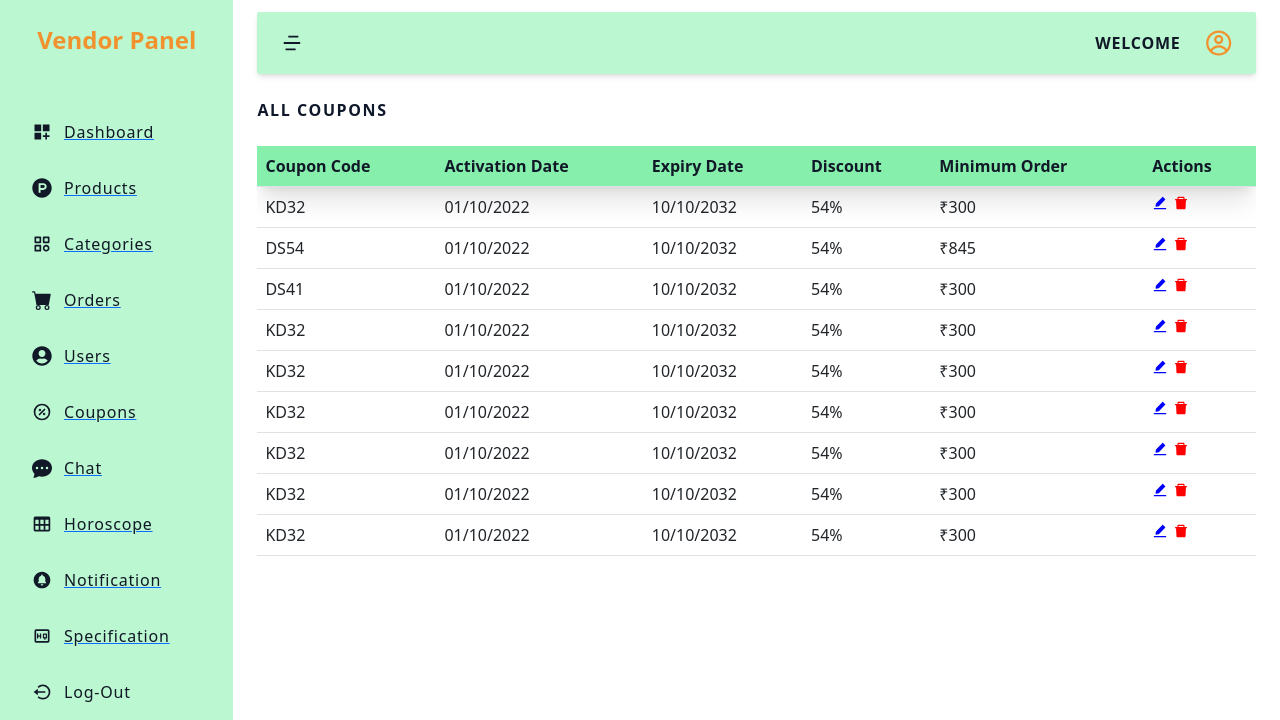
Repository: FlyweisReact/JitenderAdminPanel
Page: /discount
The author's editor kept a copy of each file at every save. The page is drawn from the files as they stood at one save, then again after the next save.
The browser window is 1280 px wide. The pictures show the whole page.
An inner scrolling area shows only its first screen. The project was rebuilt for these pictures with package versions that can differ from the ones it lists, and the page was loaded fresh each time. Also part of the build but not shown: src/components/forms/Login.jsx, src/components/pages/Dashboard.jsx, src/components/vendorPanel/components/layout/Navbar.jsx, src/components/vendorPanel/components/layout/Sidebar.jsx, src/components/vendorPanel/components/layout/HOC.jsx, src/components/vendorPanel/components/pages/Message/Message.js, src/components/pages/UserKundli/UserKundli.jsx, src/components/pages/reactChat/Chat.js and 18 more.

Above is the page before, as saved 2022-11-05 16:57:41.

### public/index.html
<!-- @format -->

<!DOCTYPE html>
<html lang="en">
  <head>
    <meta charset="utf-8" />
    <!-- <link rel="icon" href="%PUBLIC_URL%/favicon.png" /> -->
    <meta name="viewport" content="width=device-width, initial-scale=1" />
    <meta name="theme-color" content="#000000" />
    <meta
      name="description"
      content="Web site created using create-react-app"
    />
    <link rel="apple-touch-icon" href="%PUBLIC_URL%/favicon.ico?v=2" />

    <link rel="manifest" href="%PUBLIC_URL%/manifest.json" />

    <title>Astrologers Panel</title>
  </head>
  <body>
    <noscript>You need to enable JavaScript to run this app.</noscript>
    <div id="root"></div>
    <script src="https://code.jquery.com/jquery-3.6.0.min.js"></script>
  </body>
</html>

### src/index.js
import React from "react";
import ReactDOM from "react-dom/client";
import "./index.css";
import App from "./App";
import { BrowserRouter } from "react-router-dom";
import 'bootstrap/dist/css/bootstrap.min.css'

const root = ReactDOM.createRoot(document.getElementById("root"));
root.render(
  <React.StrictMode>
    <BrowserRouter>
      <App />
    </BrowserRouter>
  </React.StrictMode>
);

### src/index.css
/** @format */

@tailwind base;
@tailwind components;
@tailwind utilities;

body {
  margin: 0;
  font-family: -apple-system, BlinkMacSystemFont, "Segoe UI", "Roboto", "Oxygen",
    "Ubuntu", "Cantarell", "Fira Sans", "Droid Sans", "Helvetica Neue",
    sans-serif;
  -webkit-font-smoothing: antialiased;
  -moz-osx-font-smoothing: grayscale;
}

code {
  font-family: source-code-pro, Menlo, Monaco, Consolas, "Courier New",
    monospace;
}

/* Wcomponents */
.wcomp::-webkit-scrollbar {
  width: 0px;
}
::-webkit-scrollbar {
  width: 0px;
}
::-webkit-scrollbar-track {
  background: #696f78;
}
/* Handle */
::-webkit-scrollbar-thumb {
  background: #b4b8bf;
}

.main-card--container {
  display: grid;
  grid-template-columns: repeat(3, minmax(300px, 500px));
  grid-gap: 50px;
  justify-content: space-around;
}
.card-container {
  margin: 25px 0 auto;

  position: relative;
  display: grid;
  grid-template-columns: 1fr;
  justify-content: space-around;
  align-items: flex-start;
}

.img-thumbnail {
  width: 80px;
}
.img-large {
  max-width: 80%;
}

### src/App.js
/** @format */

import { Routes, Route, Link } from "react-router-dom";
import Login from "./components/forms/Login";
import Dashboard from "./components/pages/Dashboard";
import { ToastContainer } from "react-toastify";
import MSG from './components/vendorPanel/components/pages/Message/Message'
import "react-toastify/dist/ReactToastify.css";
import UserKundli from "./components/pages/UserKundli/UserKundli";
import Discount from "./components/pages/discount/Discount";
import Chat from "./components/pages/reactChat/Chat";
import Horoscope from "./components/pages/horoScope/Horoscope";
import Specification from "./components/pages/SpecificationPage/Specification";
import VendorLogin from "./components/vendorPanel/components/forms/VendorLogin";
import VendorDashboard from "./components/vendorPanel/components/pages/VendorDashboard";
import Fedd from "./components/pages/FeedBack/Fedd";
import Astrologers from "./components/vendorPanel/components/pages/Astrologer/Astrologers";
import Users from "./components/vendorPanel/components/pages/Users/Users";
import Kundli from "./components/vendorPanel/components/pages/Kundli/Kundli";
import AdminHoro from "./components/vendorPanel/components/pages/Horoscope/Horoscope";
import Forgot from "./components/vendorPanel/components/forms/Forgot";
import ResetPassword from "./components/vendorPanel/components/forms/ResetPassword";
import Changepassword from "./components/vendorPanel/components/forms/Changepassword";
import TimeSlots from "./components/pages/TimeSlots/TimeSlots";
import Documents from "./components/pages/Documents/Documents";
import Banner from "./components/pages/Banner/Banner";
import Notify from "./components/pages/Notifications/Notify";
import Booking from "./components/vendorPanel/components/pages/Booking/Booking";
import ProductDetail from "./components/pages/FeedBack/ProductDetail";

function App() {
  return (
    <>
      <ToastContainer />


      <Routes>
        <Route path="/" element={<Login />} />
        <Route path="/dashboard" element={<Dashboard />} />
        <Route path="/userkundli" element={<UserKundli />} />
        <Route path="/discount" element={<Discount />} />
        <Route path="/horoscope" element={<Horoscope />} />
        <Route path="/specification" element={<Specification />} />
        <Route path="/chat" element={<Chat />} />
        <Route path="feedback" element={<Fedd />} />
        <Route path="/time" element={<TimeSlots />} />
        <Route path="/document" element={<Documents />} />
        <Route path="/ban" element={<Banner />} />
        <Route path='/not' element={<Notify />} />
        <Route path="/viewProduct" element={<ProductDetail />} />
        {/* Admin Panel */}
        <Route path="/vendorLogin" element={<VendorLogin />} />
        <Route path="/otp" element={<Forgot />} />
        <Route path="/book" element={<Booking />} />
        <Route path='/msg' element={ <MSG /> } />
        <Route path="/resetPass" element={<ResetPassword />} />
        <Route path="/resetPassword" element={<Changepassword />} />
        <Route path="/vendorDashboard" element={<VendorDashboard />} />
        <Route path="/astro" element={<Astrologers />} />
        <Route path="/users" element={<Users />} />
        <Route path="/kundli" element={<Kundli />} />
        <Route path="/horo" element={<AdminHoro />} />
      </Routes>
    </>
  );
}

export default App;

### src/components/pages/discount/Discount.jsx
/** @format */

import React, { useEffect, useState } from "react";
import { IoMdClose } from "react-icons/io";
import { AiFillEdit, AiFillDelete, AiFillEye } from "react-icons/ai";
import HOC from "../../layout/HOC";
import axios from "axios";
import { toast } from "react-toastify";
import Table from "react-bootstrap/Table";
import { useNavigate } from "react-router-dom";
import Button from "react-bootstrap/Button";
import Modal from "react-bootstrap/Modal";
import Form from "react-bootstrap/Form";

const products = [
  {
    code: "KD32",
    ActivationDate: "01/10/2022",
    Expirydate: "10/10/2032",
    discount: "54",
    minOrder: "300",
  },
  {
    code: "DS54",
    ActivationDate: "01/10/2022",
    Expirydate: "10/10/2032",
    discount: "54",
    minOrder: "845",
  },
  {
    code: "DS41",
    ActivationDate: "01/10/2022",
    Expirydate: "10/10/2032",
    discount: "54",
    minOrder: "300",
  },

  {
    code: "KD32",
    ActivationDate: "01/10/2022",
    Expirydate: "10/10/2032",
    discount: "54",
    minOrder: "300",
  },
  {
    code: "KD32",
    ActivationDate: "01/10/2022",
    Expirydate: "10/10/2032",
    discount: "54",
    minOrder: "300",
  },
  {
    code: "KD32",
    ActivationDate: "01/10/2022",
    Expirydate: "10/10/2032",
    discount: "54",
    minOrder: "300",
  },

  {
    code: "KD32",
    ActivationDate: "01/10/2022",
    Expirydate: "10/10/2032",
    discount: "54",
    minOrder: "300",
  },
  {
    code: "KD32",
    ActivationDate: "01/10/2022",
    Expirydate: "10/10/2032",
    discount: "54",
    minOrder: "300",
  },
  {
    code: "KD32",
    ActivationDate: "01/10/2022",
    Expirydate: "10/10/2032",
    discount: "54",
    minOrder: "300",
  },
];

// Edit Order Modal ------------------------------------------------------------

function MyVerticallyCenteredModal(props) {
  return (
    <Modal
      {...props}
      size="lg"
      aria-labelledby="contained-modal-title-vcenter"
      centered
    >
      <Modal.Header closeButton>
        <Modal.Title id="contained-modal-title-vcenter">Edit Order</Modal.Title>
      </Modal.Header>
      <Modal.Body>
        <Form>
          <Form.Group className="mb-3" controlId="formBasicPassword">
            <Form.Label>Activation Date</Form.Label>
            <Form.Control type="date"  />
          </Form.Group>
          <Form.Group className="mb-3" controlId="formBasicPassword">
            <Form.Label>Expiry Date</Form.Label>
            <Form.Control type="date"/>
          </Form.Group>
          <Form.Group className="mb-3" controlId="formBasicPassword">
            <Form.Label>Discount</Form.Label>
            <Form.Control type="number" placeholder="90" min={1} />
          </Form.Group>
          <Form.Group className="mb-3" controlId="formBasicPassword">
            <Form.Label>Minimum Order</Form.Label>
            <Form.Control type="number" placeholder="500" min={1} />
          </Form.Group>
          <Button variant="primary" type="submit">
            Submit
          </Button>
        </Form>
      </Modal.Body>
    </Modal>
  );
}

// Edit Order Modal Ends Here ---------------------------------------------------

const Discount = () => {
  const [modalShow, setModalShow] = React.useState(false);

  return (
    <>
      {/* ------------------------------------------------------------- */}

      <MyVerticallyCenteredModal
        show={modalShow}
        onHide={() => setModalShow(false)}
      />

      {/* ------------------------------------------------------------- */}

      <section>
        <div className="pb-4 sticky top-0  w-full flex justify-between items-center bg-white">
          <span className="tracking-widest text-slate-900 font-semibold uppercase ">
            All Coupons
          </span>
        </div>

        <div style={{ maxWidth: "100%", overflow: "auto" }}>
          <Table style={{ paddingTop: "5%" }}>
            <thead>
              <tr className=" border-b bg-green-300 shadow-xl text-gray-900">
                <th>Coupon Code</th>
                <th>Activation Date</th>
                <th>Expiry Date</th>
                <th>Discount</th>
                <th>Minimum Order</th>
                <th>Actions</th>
              </tr>
            </thead>
            <tbody>
              {products?.map((i, index) => (
                <tr key={index} style={{ marginTop: "1%" }}>
                  <td>{i.code} </td>
                  <td>{i.ActivationDate} </td>
                  <td>{i.Expirydate} </td>
                  <td>{i.discount}% </td>
                  <td>₹{i.minOrder} </td>
                  <td>
                    <span style={{ display: "flex", gap: "5px" }}>
                      <AiFillEdit
                        color="blue"
                        cursor="pointer"
                        onClick={() => setModalShow(true)}
                      />
                      <AiFillDelete color="red" cursor="pointer" />
                    </span>
                  </td>
                </tr>
              ))}
            </tbody>
          </Table>
        </div>
      </section>
    </>
  );
};

export default HOC(Discount);

### src/components/layout/HOC.jsx
import React, { useState } from "react";
import Navbar from "./Navbar";
import Sidebar from "./Sidebar";

const HOC = (Wcomponenet) => {
  return function Component() {
    const [hamb, setHamb] = useState(false);
    return (
      <>
        <section className="flex overflow-x-hidden">
          {/* Sidebar */}
          <div
            className={
              hamb
                ? " absolute top-0 z-30 md:w-auto shadow-md bg-slate-200  w-60 transition-all md:-left-full left duration-150  h-screen  left-0 "
                : " md:w-72 z-30 bg-green-200  shadow-md  md:static absolute top-0 -left-full  h-screen transition-all duration-150 "
            }
          >
            <Sidebar hamb={hamb} setHamb={setHamb} />
          </div>
          {/* Components & Navbar */}
          <div
            className={
              hamb
                ? " transition-all px-4 py-2  bg-white duration-150 w-full h-screen"
                : " w-full h-screen  px-4 py-2  bg-white z-50 transition-all duration-150 "
            }
          >
            <Navbar hamb={hamb} setHamb={setHamb} />
            <div className="my-6 text-white h-[87%] wcomp overflow-y-auto">
              <Wcomponenet />
            </div>
          </div>
        </section>
      </>
    );
  };
};

export default HOC;

### src/components/layout/Navbar.jsx
import { RiMenu4Line } from "react-icons/ri";
import { useNavigate } from "react-router-dom";
import { toast } from "react-toastify";
import { CgProfile } from "react-icons/cg";
import { IoMdClose, IoMdNotifications } from "react-icons/io";
import { useState } from "react";
import Button from "react-bootstrap/Button";
import Modal from "react-bootstrap/Modal";
import Container from "react-bootstrap/Container";
import Form from "react-bootstrap/Form";


function MyVerticallyCenteredModal(props) {
  return (
    <Modal
      {...props}
      size="lg"
      aria-labelledby="contained-modal-title-vcenter"
      centered
    >
      <Modal.Header closeButton>
        <Modal.Title id="contained-modal-title-vcenter">
          Edit Profile
        </Modal.Title>
      </Modal.Header>
      <Modal.Body>
        <Container style={{ width: "600px" }}>
          <Form>
            <Form.Group className="mb-3" controlId="formBasicEmail">
              <Form.Label>Name</Form.Label>
              <Form.Control type="text" placeholder="Admin" />
            </Form.Group>
            <Form.Group className="mb-3" controlId="formBasicPassword">
              <Form.Label>Email Address</Form.Label>
              <Form.Control type="email" placeholder="vendor@gmail.com" />
            </Form.Group>
            <Form.Group className="mb-3" controlId="formBasicPassword">
              <Form.Label>Password</Form.Label>
              <Form.Control type="password" placeholder="Password" />
            </Form.Group>
            <Form.Group className="mb-3" controlId="formBasicPassword">
              <Form.Label>Profile Image</Form.Label>
              <Form.Control type="file"/>
            </Form.Group>
            <Button variant="outline-success" type="submit">
              Edit
            </Button>
          </Form>
        </Container>
      </Modal.Body>

    </Modal>
  );
}



const Navbar = ({ hamb, setHamb }) => {
  const [modalShow, setModalShow] = useState(false);



  return (
    <>

      <MyVerticallyCenteredModal
        show={modalShow}
        onHide={() => setModalShow(false)}
      />

      <div
        className={
          hamb
            ? "flex  w-full justify-between  my-1 rounded-sm  p-4 py-3 shadow-md items-center  bg-green-200 space-x-4"
            : "flex  w-full justify-between my-1 rounded-sm  p-4 py-3 shadow-md items-center  bg-green-200 space-x-4"
        }
      >
        <RiMenu4Line
          onClick={() => setHamb(!hamb)}
          className="text-2xl font-bold text-gray-900 hover:scale-90 cursor-pointer"
        />

        {/* Profile */}
        <section className="flex sm:ml-auto justify-end sm:w-full items-center space-x-2  pr-2">
          <span className="cursor-pointer text-2xl">
            {/* <IoMdNotifications /> */}
          </span>
          <figcaption className="tracking-wider pl-1 font-semibold">
            {" "}
            <div className="lg:text-base text-sm text-gray-900  uppercase">
              Welcome
            </div>
          </figcaption>
        </section>
        <CgProfile
          onClick={() => setModalShow(true)}
          className="text-2xl sm:text-3xl font-bold text-[rgb(241,146,46)] cursor-pointer"
        />

      </div>
    </>
  );
};

export default Navbar;

### src/components/layout/Sidebar.jsx
/** @format */

import React from "react";
import { RiCloseLine } from "react-icons/ri";
import { Link, useNavigate } from "react-router-dom";
import { BsFillChatDotsFill } from "react-icons/bs";
import { MdOutlineHighQuality  ,MdCircleNotifications} from "react-icons/md";
import { BiTable } from "react-icons/bi";
import { BiLogOutCircle , BiCategory } from "react-icons/bi";
import { TbDiscount } from "react-icons/tb";
import { FaProductHunt  ,FaUserCircle } from "react-icons/fa";
import {IoIosTime ,IoMdImages} from 'react-icons/io'
import {GrDocumentPdf} from 'react-icons/gr'
import {BsFillCartFill} from 'react-icons/bs'

import { MdDashboardCustomize } from "react-icons/md";
import { toast } from "react-toastify";

const Sidebar = ({ hamb, setHamb }) => {
  const navigate = useNavigate();

  const nav = [
    {
      icon: <MdDashboardCustomize className="text-xl mr-3" />,
      link: "/dashboard",
      name: "Dashboard",
    },
    {
      icon: <FaProductHunt className="text-xl mr-3" />,
      link: "/feedback",
      name: "Products",
    },
    {
      icon: <BiCategory className="text-xl mr-3" />,
      link: "/userkundli",
      name: "Categories",
    },
    {
      icon: <BsFillCartFill className="text-xl mr-3" />,
      link: "/time",
      name: "Orders",
    },
    {
      icon: <FaUserCircle className="text-xl mr-3" />,
      link: "/document",
      name: "Users",
    },
    // {
    //   icon: <IoMdImages className="text-xl mr-3" />,
    //   link: "/ban",
    //   name: "Banners",
    // },
    {
      icon: <TbDiscount className="text-xl mr-3" />,
      link: "/discount",
      name: "Coupons",
    },
    {
      icon: <BsFillChatDotsFill className="text-xl mr-3" />,
      link: "/chat",
      name: "Chat",
    },
    {
      icon: <BiTable className="text-xl mr-3" />,
      link: "/horoscope",
      name: "Horoscope",
    },
    {
      icon: <MdCircleNotifications className="text-xl mr-3" />,
      link: "/not",
      name: "Notification",
    },
    {
      icon: <MdOutlineHighQuality className="text-xl mr-3" />,
      link: "/specification",
      name: "Specification",
    },
  ];

  const logOut = () => {
    navigate("/");
    toast.success("Log -Out Successfull");
  };
  return (
    <>
      <aside className="p-4 bg-green-200">
        {/* Top */}
        <div className="w-full md:hidden relative  p-2 mb-4">
          <RiCloseLine
            onClick={() => setHamb(!hamb)}
            className="text-3xl  absolute top-2 sm:hover:rotate-[228deg] transition-transform font-bold right-2 sm:hover:text-[22px] text-[rgb(241,146,46)] cursor-pointer"
          />
        </div>
        {/* Logo */}
        <figure className="flex  flex-col items-center">
          <span className="font-bold text-[rgb(241,146,46)] text-2xl">
            Vendor Panel
            {/* <img src={image} className="h-24" /> */}
          </span>
        </figure>
        {/* Nav-menu */}
        <nav className="py-6">
          {nav.map((nav) => {
            return (
              <Link to={nav.link} key={nav.name} className="">
                <span className="flex my-3 items-center cursor-pointer text-gray-900    tracking-wider p-2 rounded-sm">
                  {nav.icon} {nav.name}
                </span>
              </Link>
            );
          })}
          <span
            className="flex my-3 items-center cursor-pointer text-gray-900    tracking-wider p-2 rounded-sm"
            onClick={() => logOut()}
          >
            <BiLogOutCircle className="text-xl mr-3" /> Log-Out
          </span>
        </nav>
      </aside>
    </>
  );
};

export default Sidebar;

Loaded but not shown: tailwind.config.js (common file)

After the next save:
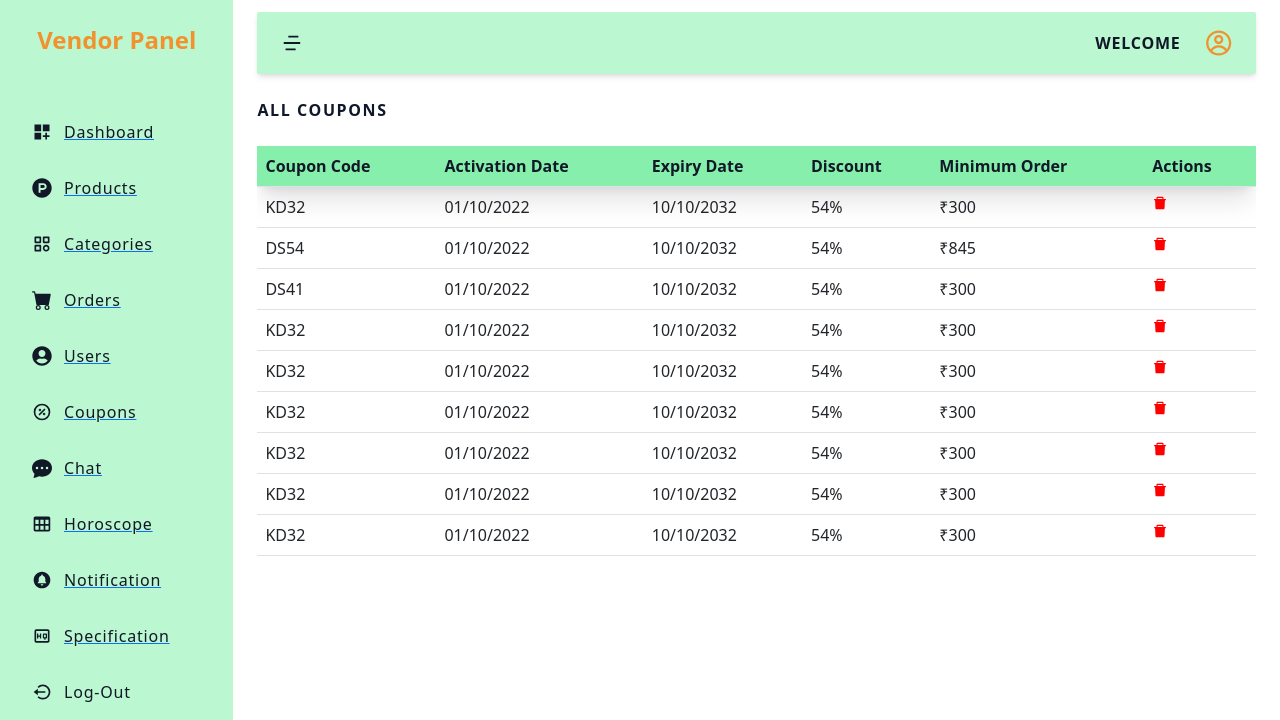
Saved 55 s later.
--- a/src/components/pages/discount/Discount.jsx
+++ b/src/components/pages/discount/Discount.jsx
@@ -165,11 +165,6 @@
                   <td>₹{i.minOrder} </td>
                   <td>
                     <span style={{ display: "flex", gap: "5px" }}>
-                      <AiFillEdit
-                        color="blue"
-                        cursor="pointer"
-                        onClick={() => setModalShow(true)}
-                      />
                       <AiFillDelete color="red" cursor="pointer" />
                     </span>
                   </td>

After the 6 saves that followed:
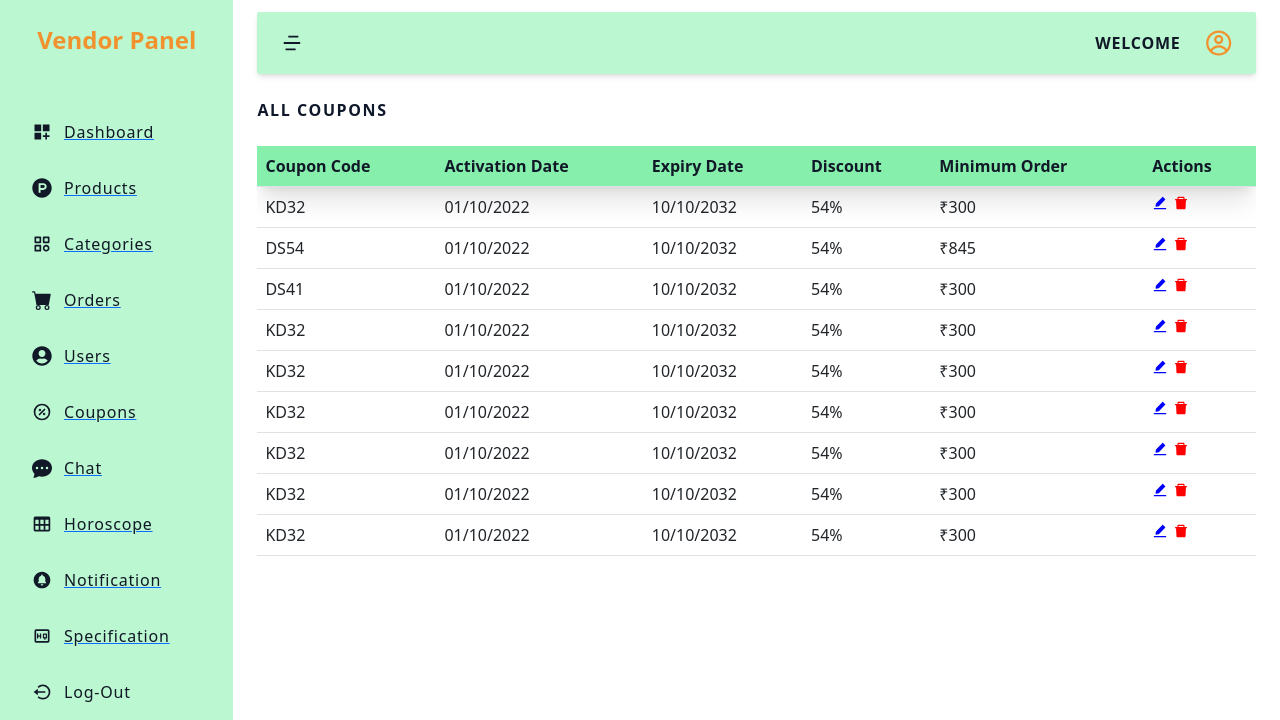
The 6 saves are shown as one change because 3 left the picture as it was and some came seconds apart.
The last was saved 39 s later.
--- a/src/components/pages/discount/Discount.jsx
+++ b/src/components/pages/discount/Discount.jsx
@@ -165,6 +165,11 @@
                   <td>₹{i.minOrder} </td>
                   <td>
                     <span style={{ display: "flex", gap: "5px" }}>
+                      <AiFillEdit
+                        color="blue"
+                        cursor="pointer"
+                        onClick={() => setModalShow(true)}
+                      />
                       <AiFillDelete color="red" cursor="pointer" />
                     </span>
                   </td>
